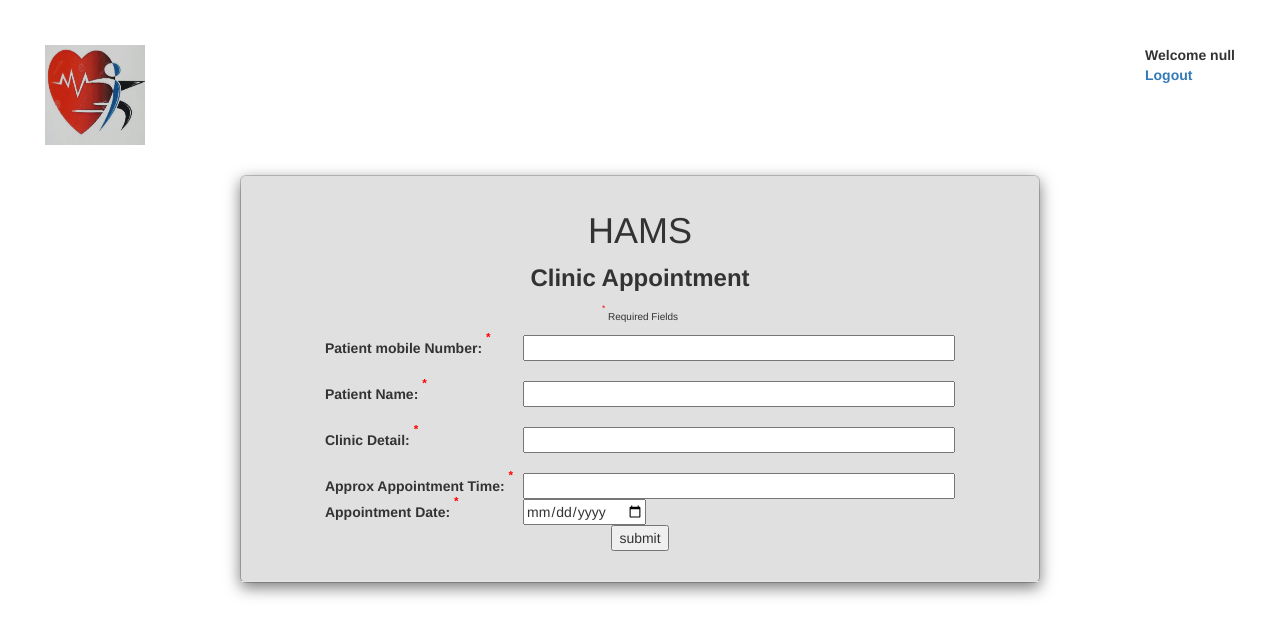
Repository: shiveshk/PullData
Page: http://localhost/Hams/edit.jsp
The author's editor kept a copy of each file at every save. The page is drawn from the files as they stood at one save, then again after the next save.
The browser window is 1280 px wide. The pictures show the whole page.
The page is served by Tomcat 9.

Above is the page before, as saved 2015-11-30 13:56:49.
Console error (its wording comes from the project's code and is left out).

After the next save:
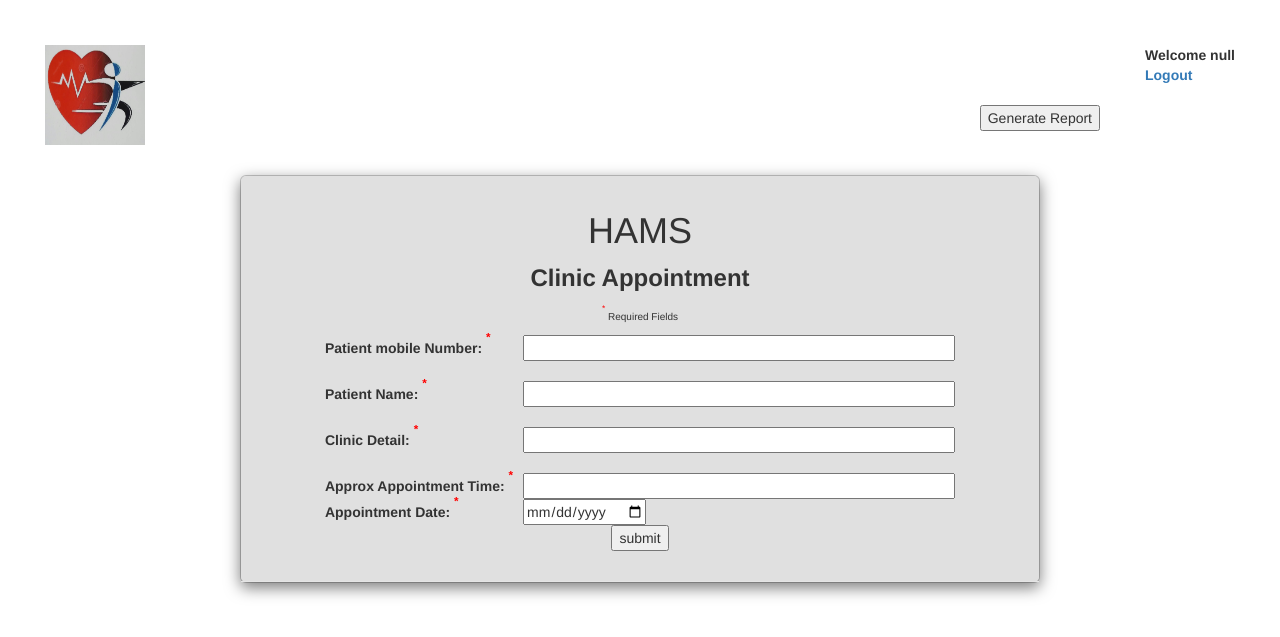
Saved 94 s later.
--- a/Hams/WebContent/edit.jsp
+++ b/Hams/WebContent/edit.jsp
@@ -45,7 +45,11 @@
 </b></div>
 <img src = "images/HAMSLogo.jpg" alt="hamslogo" id="img1" style=" margin-left: 45px; "/>
 
-
+<div style="margin-top: 60px; margin-right:45px; float:right ">
+	<form name="generate_report" action="" method="post" onsubmit="redirect(this);">
+		<input type="submit" name="act" value="Generate Report" />
+	</form>
+</div>
 
 <div class="container" >
 
